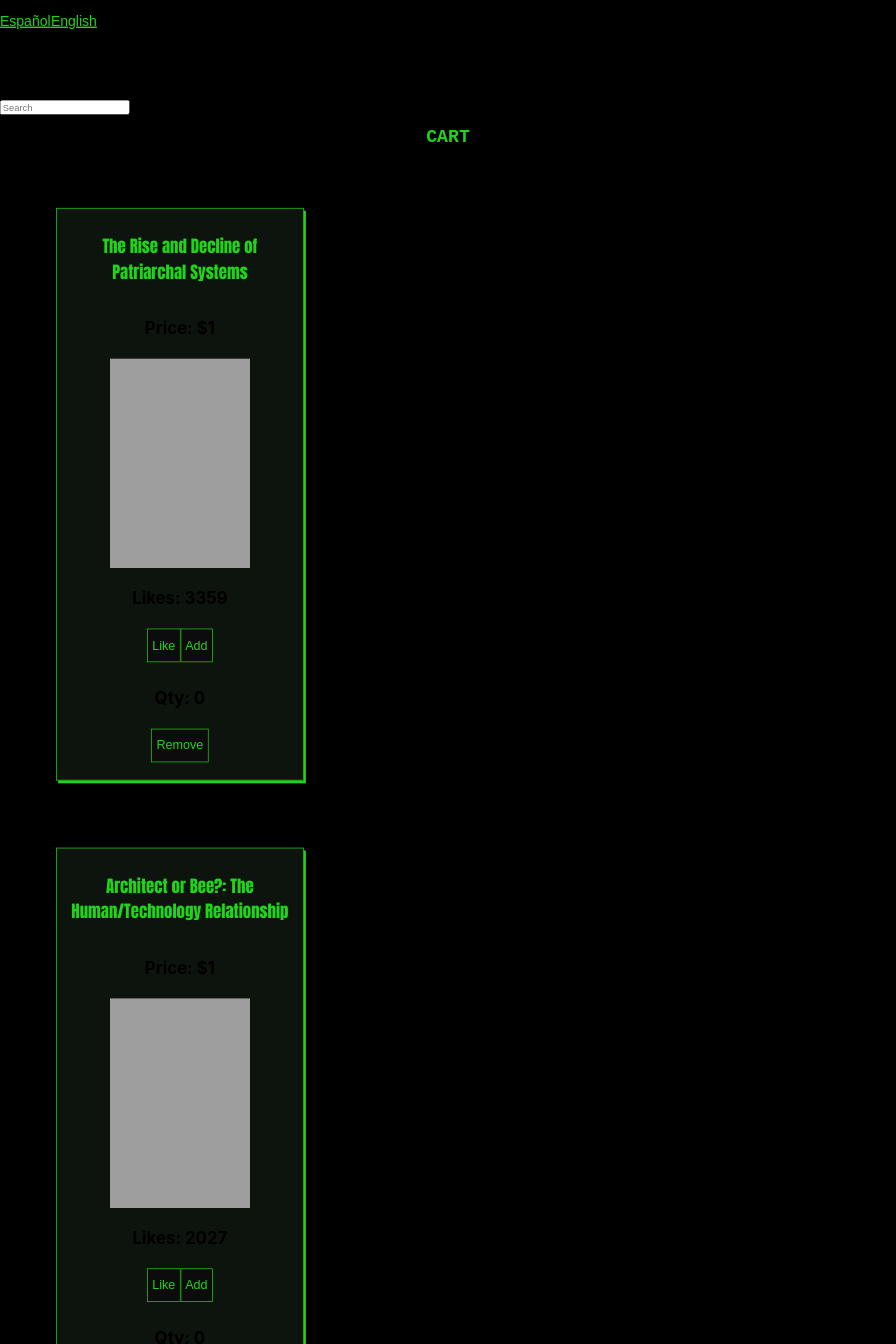
Repository: rvelarden/React-Hooks-UtopianTech-Bookstore
Page: / (app in utopiantech/)
An editor plug-in stored every save of this project. The page is shown before and after a run of saves, followed by the edit.
The browser window is 1280 px wide. The pictures show the part of the page from y = 0 to 1920 px (the page is 7561 px tall before and 7476 px after), at 70% of full size.
Pictures or frames that could not be fetched are drawn as grey boxes. The project was rebuilt for these pictures with package versions that can differ from the ones it lists, and the page was loaded fresh each time. A package was used in the major version that the imports need, not the one package.json lists. Also part of the build but not shown: utopiantech/src/components/Shop.js, utopiantech/src/components/Spanish.js.

Above is the page before, as saved 2021-11-24 14:28:42.

### utopiantech/src/App.js
import React from 'react';
import './App.css';
import { BrowserRouter as Router, Route, Switch } from 'react-router-dom'
import Shop from "./components/Shop";
import Spanish from "./components/Spanish"
import Navbar from "./components/Navbar"
import SearchBar from "./components/SearchBar";
import BookList from './components/BookList';

const allItems = [
  {
    id: 1,
    name: "The Rise and Decline of Patriarchal Systems",
    image: "https://img.thriftbooks.com/api/images/i/m/8ECA8C9BAF351D13622ADFFBFA8A5D4E2BAABAFF.jpg",
    likes: 3359,
    price: 1,
    category: 'Social Studies'
  },
  {
    id: 2,
    name: "Architect or Bee?: The Human/Technology Relationship",
    image: "https://i.pinimg.com/originals/73/73/d8/7373d864a3dcb4534dc00fda64483674.jpg",
    likes: 2027,
    price: 1,
    category: 'Social Studies'
  },
  {
    id: 3,
    name: "Utopia for Realists: How We Can Build the Ideal World",
    image: "https://images-na.ssl-images-amazon.com/images/I/51CJA6QHtKL._SY291_BO1,204,203,200_QL40_FMwebp_.jpg",
    likes: 813,
    price: 1,
    category: 'Computer Science'
  },
  {
    id: 4,
    name: "Ada's Algorithm: How Lord Byron's Daughter ADA Lovelace Launched the Digital Age",
    image: 'https://img.thriftbooks.com/api/images/m/0bb4a32fefff1ec9c627527f6feb36668f62783b.jpg',
    likes: 7777,
    price: 1,
    category: 'Computer Science'
  },
  {
    id: 5,
    name: "Turing's Vision: The Birth of Computer Science (The MIT Press)",
    image: "https://images-na.ssl-images-amazon.com/images/I/411cTz90bFL._SY291_BO1,204,203,200_QL40_FMwebp_.jpg",
    likes: 1000,
    price: 1,
    category: 'Computer Science'
  },
  {
    id: 6,
    name: "Alan Turing: The Enigma: The Centenary Edition",
    image: "https://img.thriftbooks.com/api/images/m/6da6b05beb1f54981b588ee2a84e6f0b13a436f9.jpg",
    likes: 2000,
    price: 1,
    category: 'Computer Science'
  },
  {
    id: 8,
    name: "Ada Lovelace: The Making of a Computer Scientist",
    image: "https://images-na.ssl-images-amazon.com/images/I/51G-h1wZ7xL._SX218_BO1,204,203,200_QL40_FMwebp_.jpg",
    likes: 2000,
    price: 1,
    category: 'Computer Science'
  },
  {
    id: 9,
    name: "If Then: How the Simulmatics Corporation Invented the Future",
    image: "https://images-na.ssl-images-amazon.com/images/I/41wf6nnKIBL._SY291_BO1,204,203,200_QL40_FMwebp_.jpg",
    likes: 8000,
    price: 1,
    category: 'Business'
  }
]

export default class App extends React.Component {


  state = {
    searchText: '',
    books: allItems
  }

  searchBarText = (allItems)=>{
    // console.log(allItems)
    this.setState({
      searchText: allItems
    })
  }
  render(){
    const filteredBooks = this.state.books.filter(filterBook => filterBook.name.toLowerCase().includes(this.state.searchText))
  return (
    <Router>
      <div>
        <Navbar/>
        <div>
        <Switch>
        <Route exact path="/">
        {/* <Shop /> */}
        <SearchBar searchBar={this.searchBarText} searchText={this.state.searchText}/>
        <BookList books={filteredBooks}/>
        </Route>
        <Route path="/spanish">
        <Spanish />
        </Route>
      </Switch>
    </div>
    </div>
    </Router>
  )
}

}

### utopiantech/src/App.css
body {
  margin: 0;
  /* font-family: monospace; */
  background-color: black;
}

#book-header {
  display: flex;
  justify-content: center;
  background: #20d41a;
  opacity: .8;
  height: 7rem;
  padding: 1rem;
}

#book-header img {
  height: 6rem;
  width: auto;
}

#book-collection {
  margin: 2rem;
}

.card {
  text-align: center;
  border: #20d41a solid 1px;
  padding: 1rem;
  width: 20rem;
  height: 49rem;
  display: inline-grid;
  margin: 3rem 5rem;
  box-shadow: 3px 4px #20d41a;
  background-color: #0d130d;
  /* font-family: monospace; */
}

.font-text{
  font-family: Impact, Haettenschweiler, 'Arial Narrow Bold', sans-serif;
  color: #20d41a;
}
.font-text-text{
  font-family: monospace;
  color: #20d41a;
  background-color: black;
}

.book-avatar {
  justify-self: center;
  height: 15rem;
  width: auto;

}
.color-white {
  color:#20d41a
}

button {
  position: relative;
  background-color: #0c0c0c;
  border: none;
  height: 3rem;
  width: max-content;
  color: #20d41a;
  font-size: 18px;
  justify-self: center;
  border: #20d41a solid 1px;
}

.buttonContainer {
  text-align: center;
  padding: 1rem;
}

button:hover {
  background-color: rgb(48, 46, 46);
  border: #20d41a solid 1px;
  color: 20d41a;
}

.container {
  padding: 1rem;
  width: stretch;
  height: auto;
  background: #20d41a;
  opacity: .8;
}

.add-book-form {
  width: 80%
}

.submit {
  position: relative;
  background-color: #20d41a;
  height: 2rem;
  width: max-content;
  color: #20d41a;
  font-size: 18px;
  justify-self: center;
  /* font-family: monospace; */
  margin: 3px;
}

.submit:hover {
  background-color: whitesmoke;
  border: #20d41a solid 1px;
  color: #20d41a;
}


.input-text {
  border-radius: 5px;
  height: 2rem;
  width: 60%;
  font-size: 18px;
  font-family: monospace;
  margin: 3px;
  color: #20d41a;
}

.center-text {
  text-align: center;
}

.center-button {
  /* margin: 0; */
  /* position: absolute; */
  /* top: 50%; */
  left: 50%;
  -ms-transform: translate(-50%, -50%);
  transform: translate(-50%, -50%);
}

a{
  /* left: 72%; */
  font-size: 20px;
  /* position:initial; */
  /* margin: 0; */
  font-family: sans-serif;
  /* padding: 0; */
  /* width: 100%; */
  /* display: inline; */
  /* outline: none; */
  /* text-decoration: none; */
  display: inline-block;
  width: 5.5%;
  margin-right: 0.625%;
  text-align: center;
  line-height: 3;
  color: #20d41a;
  margin-right: 0;
  /* background: whitesmokeow; */
  /* border: #1938e7 solid 1px; */
}

a:hover{
  color:#20d41a
}

### utopiantech/src/components/Navbar.js
const Navbar = ()=>{
    return(
        <div>
        <a href='/spanish' >Español</a>
        <a href='/' >English</a>
        </div>
    )
}

export default Navbar

### utopiantech/src/components/SearchBar.js
import React, { useCallback, useEffect, useState } from "react";




  const Search = (props) => {
    // const cartTotal = cart.reduce((total, { price = 0 }) => total + price, 0)
    // const [cart, setCart] = React.useState([])

    return (
      <div className="search-bar-div" >

        <div className="bannersingle" >
              <h1>Find Book Name</h1>
          </div>
        <div className="searchBox" >
          <input
           type="text"
           placeholder={"Search"}
           className="searchInput"
           onChange={(e) => props.searchBar(e.target.value)}
          />
           <h1 className="center-text font-text-text">CART</h1>
            {/* <h1 className="center-text font-text-text">Total: ${cartTotal}</h1> */}
            <div>
            <br></br>
            {/* <button className="center-button" onClick={() => setCart([])}>Clear</button> */}
            </div>
        </div>

      </div>
    );
  };

  export default Search;

### utopiantech/src/components/BookList.js
import React, { Component } from "react"
import Book from "./Book.js"
import { Header, Button } from 'semantic-ui-react'

class BookList extends Component {


    render() {
    return (
        <div>

            {this.props.books.map(bookItem => <Book book={bookItem} />)}

        </div>
    )
      }
}

export default BookList

### utopiantech/src/components/Book.js
import React, { Component, useCallback } from 'react';


const allItems = [
    {
      id: 1,
      name: "The Rise and Decline of Patriarchal Systems",
      image: "https://img.thriftbooks.com/api/images/i/m/8ECA8C9BAF351D13622ADFFBFA8A5D4E2BAABAFF.jpg",
      likes: 3359,
      price: 1,
      category: 'Social Studies'
    },
    {
      id: 2,
      name: "Architect or Bee?: The Human/Technology Relationship",
      image: "https://i.pinimg.com/originals/73/73/d8/7373d864a3dcb4534dc00fda64483674.jpg",
      likes: 2027,
      price: 1,
      category: 'Social Studies'
    },
    {
      id: 3,
      name: "Utopia for Realists: How We Can Build the Ideal World",
      image: "https://images-na.ssl-images-amazon.com/images/I/51CJA6QHtKL._SY291_BO1,204,203,200_QL40_FMwebp_.jpg",
      likes: 813,
      price: 1,
      category: 'Computer Science'
    },
    {
      id: 4,
      name: "Ada's Algorithm: How Lord Byron's Daughter ADA Lovelace Launched the Digital Age",
      image: 'https://img.thriftbooks.com/api/images/m/0bb4a32fefff1ec9c627527f6feb36668f62783b.jpg',
      likes: 7777,
      price: 1,
      category: 'Computer Science'
    },
    {
      id: 5,
      name: "Turing's Vision: The Birth of Computer Science (The MIT Press)",
      image: "https://images-na.ssl-images-amazon.com/images/I/411cTz90bFL._SY291_BO1,204,203,200_QL40_FMwebp_.jpg",
      likes: 1000,
      price: 1,
      category: 'Computer Science'
    },
    {
      id: 6,
      name: "Alan Turing: The Enigma: The Centenary Edition",
      image: "https://img.thriftbooks.com/api/images/m/6da6b05beb1f54981b588ee2a84e6f0b13a436f9.jpg",
      likes: 2000,
      price: 1,
      category: 'Computer Science'
    },
    {
      id: 8,
      name: "Ada Lovelace: The Making of a Computer Scientist",
      image: "https://images-na.ssl-images-amazon.com/images/I/51G-h1wZ7xL._SX218_BO1,204,203,200_QL40_FMwebp_.jpg",
      likes: 2000,
      price: 1,
      category: 'Computer Science'
    },
    {
      id: 9,
      name: "If Then: How the Simulmatics Corporation Invented the Future",
      image: "https://images-na.ssl-images-amazon.com/images/I/41wf6nnKIBL._SY291_BO1,204,203,200_QL40_FMwebp_.jpg",
      likes: 8000,
      price: 1,
      category: 'Business'
    }
  ]


const Book = (props) => {
    const [cart, setCart] = React.useState([]);
    const [items, setItems] = React.useState(allItems)
    const [text, setText] = React.useState(false)
    const addToCart = (item) => setCart((currentCart) => [...currentCart, item])


    const removeFromCart = (item) => {
        setCart((currentCart) => {
          const indexOfItemToRemove = currentCart.findIndex((cartItem) => cartItem.id === item.id);

          if (indexOfItemToRemove === -1) {
            return currentCart;
          }

          return [
            ...currentCart.slice(0, indexOfItemToRemove),
            ...currentCart.slice(indexOfItemToRemove + 1),
          ];
        });
      };

      const amountOfItems = (id) => cart.filter((item) => item.id === id).length;

    const updateLike = useCallback(

        (item) => {
         setItems(items.map(indItem => {
            if (indItem !== item) {
              return indItem
            } else {
              return {...item, likes: item.likes + 1}
            }
          }))
      },
      [], // Tells React to memoize regardless of arguments.
      )


      return(
            <div>
            <div key={props.book.id} className="card">
            <div className="font-text"><h2>{`${props.book.name}`}</h2></div>
            <h2>{`Price: $${props.book.price}`}</h2>
            <img src={props.book.image} style={{ width: "200px", height: "300px", objectFit: "cover" }} className="book-avatar" />
            <h2>Likes: {props.book.likes}</h2>
            <div>
            <button disable={items.disable} text={items.text} onClick={()=> updateLike(props.book)}> {text ? "Liked!" : "Like"} </button>
            <button type="submit" onClick={() => addToCart(props.book)}> Add </button>
            </div>
            <div>

            </div>
            <h2>Qty: {amountOfItems(props.book.id)}</h2>
            <button type="submit" onClick={() => removeFromCart(props.book)}> Remove </button>
            </div>
            </div>
      )
    }

  export default Book

Loaded but not shown: utopiantech/public/index.html (common file); utopiantech/src/index.js (common file); utopiantech/src/index.css (common file); utopiantech/src/reportWebVitals.js (common file)

After the next 6 saves:
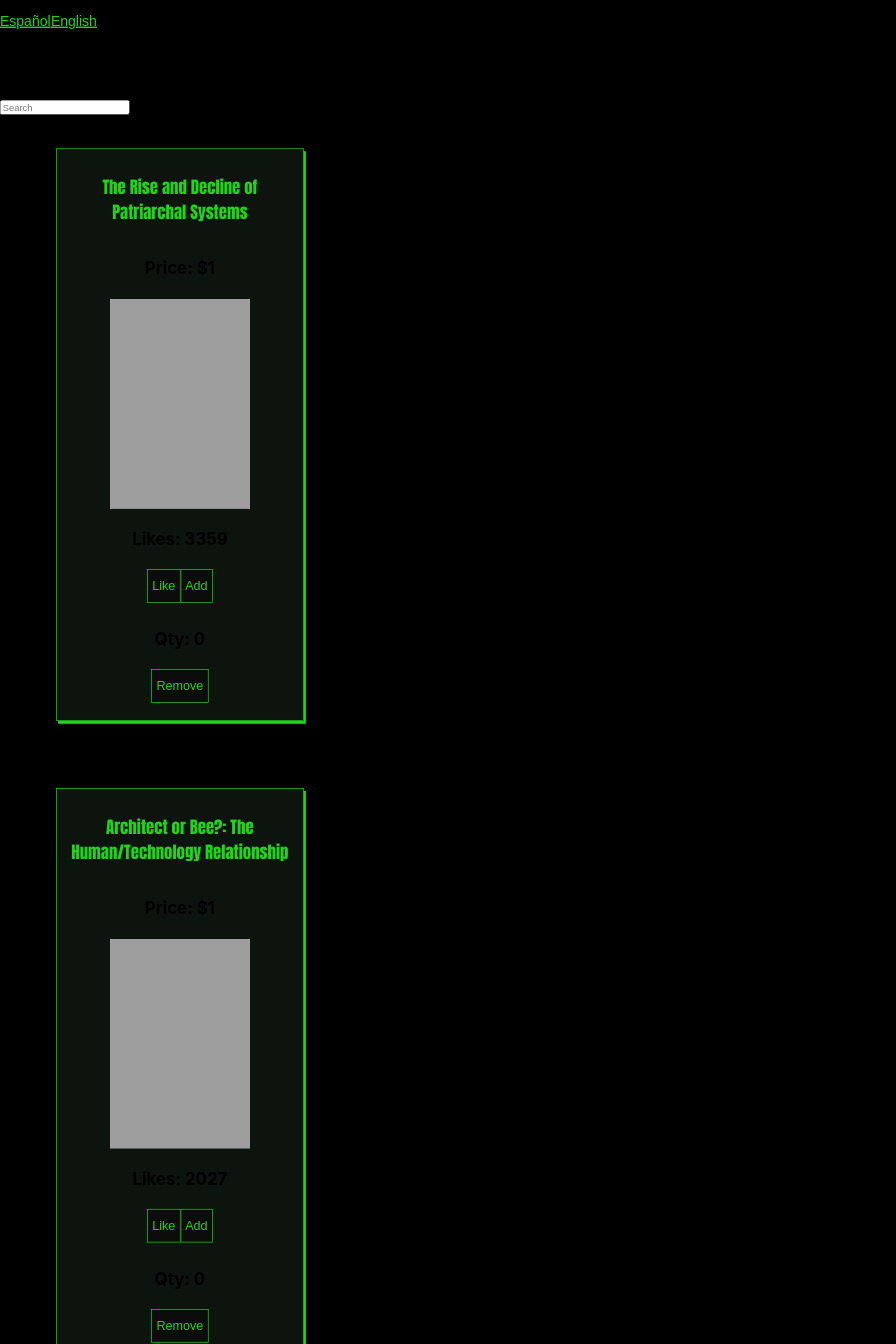
The 6 saves are shown as one change because 3 did not build or start and some came seconds apart.
The last was saved 36 s later.
--- a/utopiantech/src/components/SearchBar.js
+++ b/utopiantech/src/components/SearchBar.js
@@ -4,8 +4,7 @@ import React, { useCallback, useEffect, useState } from "react";
 
 
   const Search = (props) => {
-    // const cartTotal = cart.reduce((total, { price = 0 }) => total + price, 0)
-    // const [cart, setCart] = React.useState([])
+
 
     return (
       <div className="search-bar-div" >
@@ -20,12 +19,6 @@ import React, { useCallback, useEffect, useState } from "react";
            className="searchInput"
            onChange={(e) => props.searchBar(e.target.value)}
           />
-           <h1 className="center-text font-text-text">CART</h1>
-            {/* <h1 className="center-text font-text-text">Total: ${cartTotal}</h1> */}
-            <div>
-            <br></br>
-            {/* <button className="center-button" onClick={() => setCart([])}>Clear</button> */}
-            </div>
         </div>
 
       </div>
